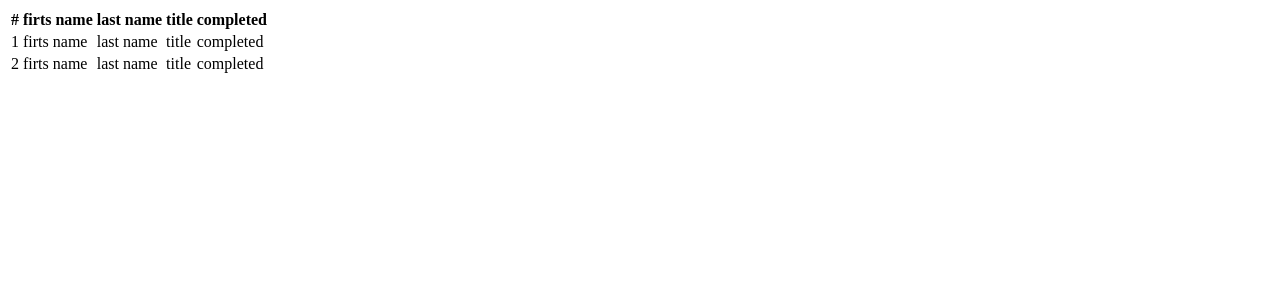
Repository: beva3/myCodepen
Page: table/index.html
The author's editor kept a copy of each file at every save. The page is drawn from the files as they stood at one save, then again after a run of saves.
The browser window is 1280 px wide. The pictures show the whole page.

Above is the page before, as saved 2024-05-11 10:45:30.

After the next 3 saves:
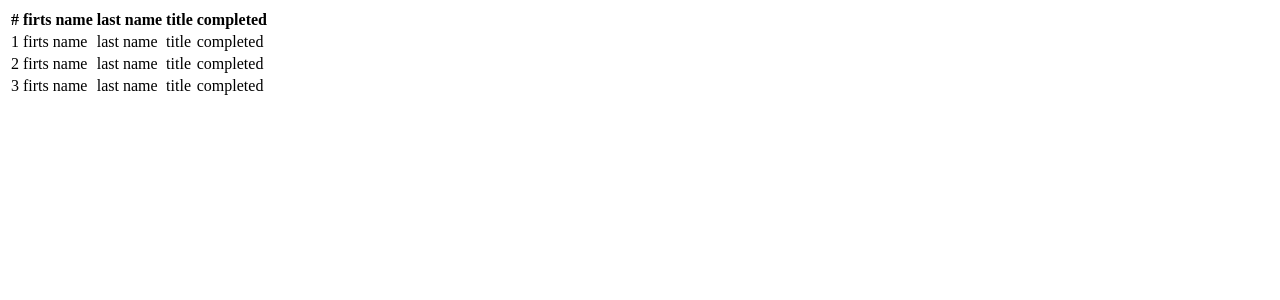
The 3 saves are shown as one change because they came seconds apart.
The last was saved 7 s later.
--- a/table/index.html
+++ b/table/index.html
@@ -32,6 +32,13 @@
                     <td>title</td>
                     <td>completed</td>
                 </tr>
+                <tr>
+                    <td>3</td>
+                    <td>firts name</td>
+                    <td>last name</td>
+                    <td>title</td>
+                    <td>completed</td>
+                </tr>
             </tbody>
         </table>
     </section>
